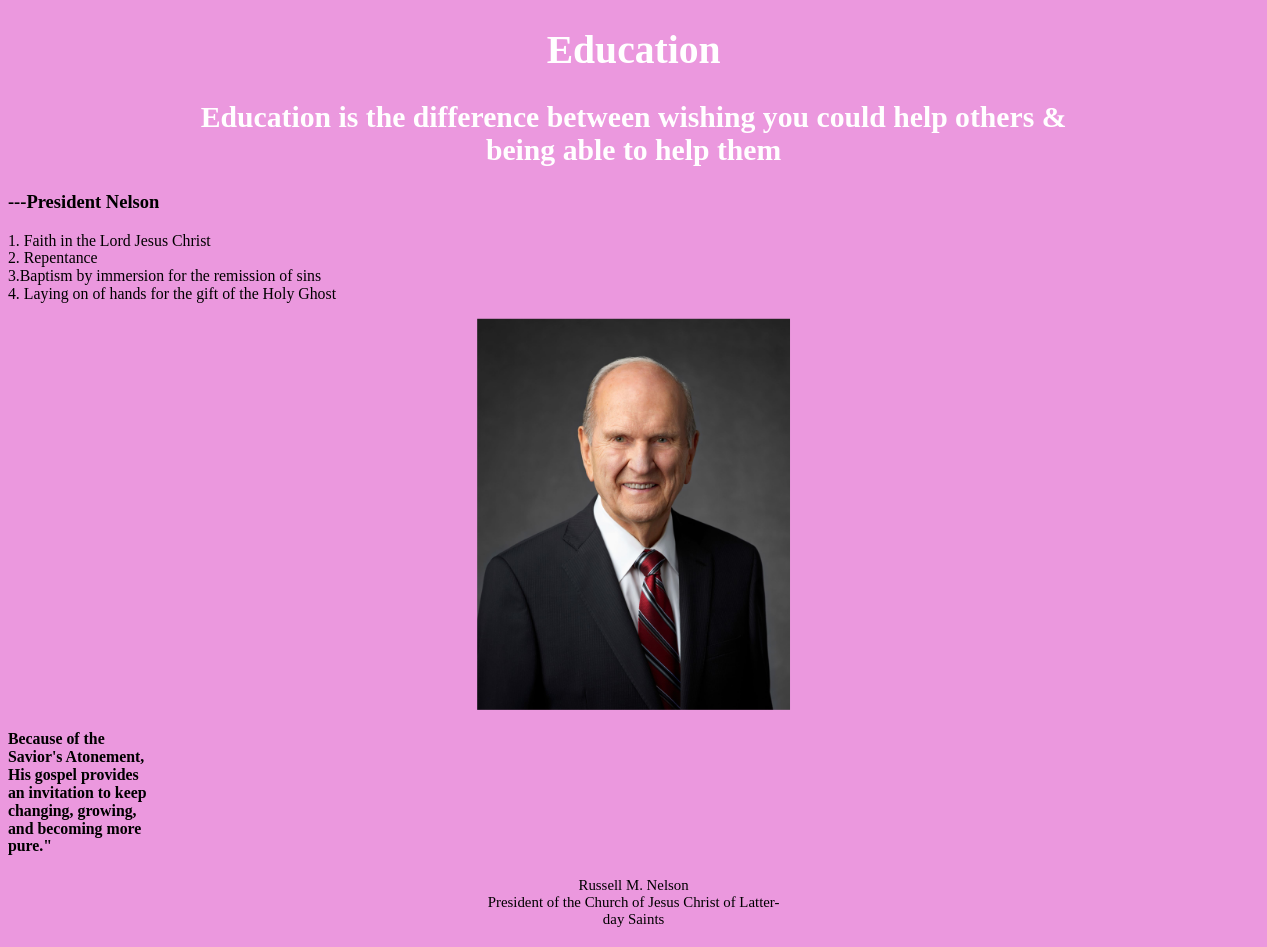
Repository: mszakutumela/wdd130
Page: W04_Challenge/index.html
These files come from the project's save history. The page is drawn as it stood at one moment and after the next save; the edit follows.
The browser window is 1280 px wide. The pictures show the whole page, at 99% of full size.

Above is the page before, as saved 2023-06-05 13:00:41.

### W04_Challenge/index.html
<!DOCTYPE html>
<html lang="en">
<head>
    <title>W04 Challenge</title>
    <link rel="stylesheet" href="styles/styles.css" />
</head>
<body>
    <main>
        <h1>Education</h1>
        <h2>Education is the difference between wishing you could help others & <br>
            being able to help them</h2>
        <h3>---President Nelson</h3>
        <p> 1. Faith in the Lord Jesus Christ <br>
            2. Repentance <br>
            3.Baptism by immersion for the remission of sins <br>
            4. Laying on of hands for the gift of the Holy Ghost</p>
        <img alt="Image of President Nelson" src="images/russell_nelson_official_portrait_2018.jpeg">
        <h4>Because of the <br>
            Savior's Atonement, <br>
            His gospel provides <br>
            an invitation to keep <br>
            changing, growing, <br>
            and becoming more <br>
            pure."</h4>
    </main>
    <footer>
        <p>Russell M. Nelson <br>
            President of the Church of Jesus Christ of Latter- <br>
            day Saints</p>
    </footer>

</body>
</html>

### W04_Challenge/styles/styles.css
body {
    /* text-align: center; */
    background-color: rgb(235, 152, 222);
    }
img {
    width: 25%;
    display: block;
    margin: 0 auto;
}
h1 {
    color: white;
    text-align: center;
    font-size: 40px;
    font-family: ;
}
p1 {
    color: white;
    text-align: right;
}
p2 {
    color: white;
    text-align: center;
}
p3 {
    color: black;
    /* text-align: center;   */
}
h2 {
    color: white;
    text-align: center;
    font-size: 30px;
}
footer p {
    font-size: 15px;
    margin: 20px auto;
    text-align: center;
}
}

After the next save:
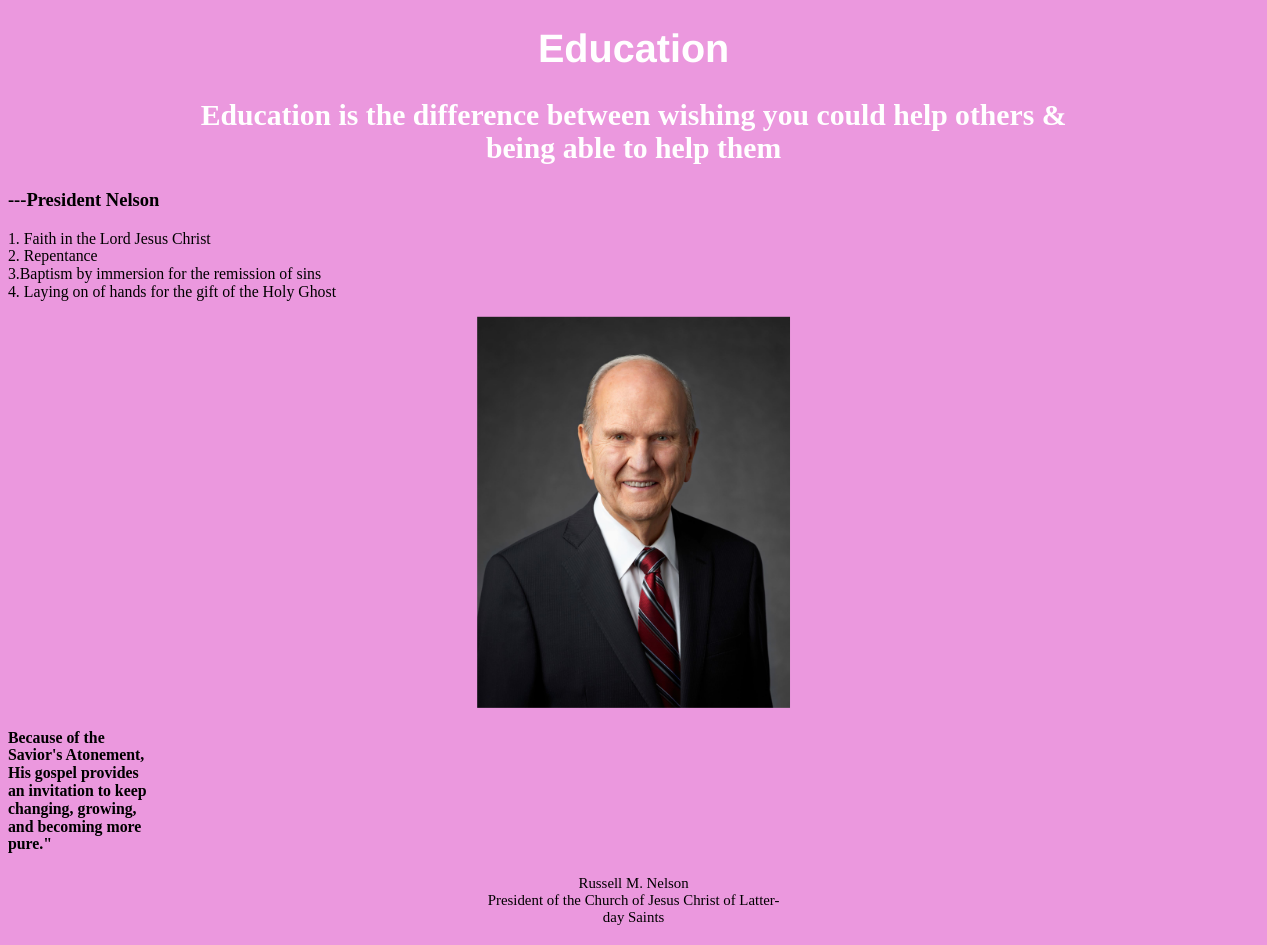
Saved 11 s later.
--- a/W04_Challenge/styles/styles.css
+++ b/W04_Challenge/styles/styles.css
@@ -11,7 +11,7 @@
     color: white;
     text-align: center;
     font-size: 40px;
-    font-family: ;
+    font-family: 'Franklin Gothic Medium', 'Arial Narrow', Arial, sans-serif;
 }
 p1 {
     color: white;

After the 3 saves that followed:
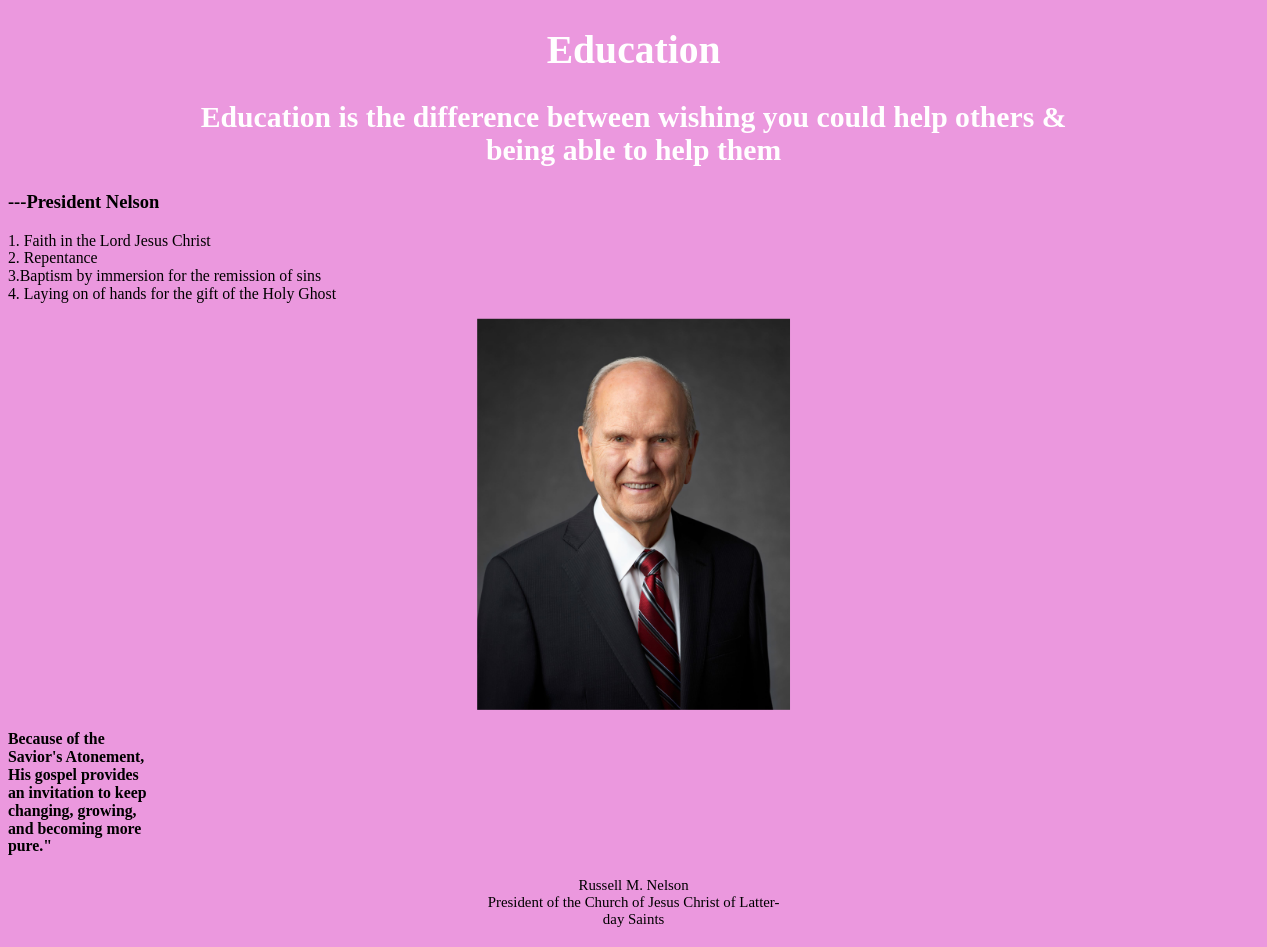
The 3 saves are shown as one change because 1 left the picture as it was and some came seconds apart.
The last was saved 21 s later.
--- a/W04_Challenge/styles/styles.css
+++ b/W04_Challenge/styles/styles.css
@@ -11,7 +11,7 @@
     color: white;
     text-align: center;
     font-size: 40px;
-    font-family: 'Franklin Gothic Medium', 'Arial Narrow', Arial, sans-serif;
+    font-family: 'Franklin GArial;
 }
 p1 {
     color: white;
